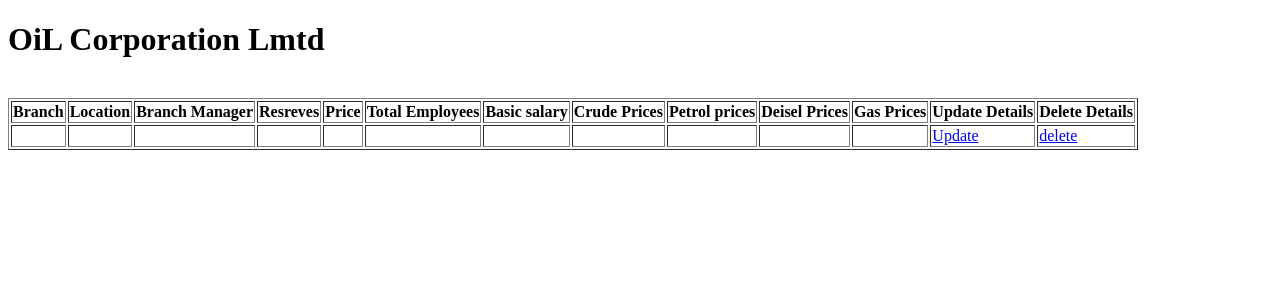
Repository: veerrajuMareddi/demo
Page: http://localhost/OilCorporation/views/single.jsp
These files come from the project's save history. The page is drawn as it stood at one moment and after the next save; the edit follows.
The browser window is 1280 px wide. The pictures show the whole page.
The page is served by Tomcat 9. Other server files are loaded and not shown. The template is opened directly, without the code that normally fills it, so the values that code supplies are empty.

Above is the page before, as saved 2022-04-29 06:15:31.

### OilCorporation/src/main/webapp/views/single.jsp

<%@ page language="java" contentType="text/html; charset=ISO-8859-1"
pageEncoding="ISO-8859-1"%>
<%@ taglib uri="http://www.springframework.org/tags/form" prefix="form"%>
<%@taglib prefix="c" uri="http://java.sun.com/jsp/jstl/core"%>
<!DOCTYPE html>
<html>
<head>

<title>details</title>
</head>
<body>

<h1>OiL Corporation Lmtd</h1>
<br>
<table border="1">
<tr>
<th>Branch</th>
<th>Location</th>
<th>Branch Manager</th>
<th>Resreves</th>
<th>Price</th>
<th>Total Employees</th>
<th>Basic salary</th>
<th>Crude Prices</th>
<th>Petrol prices</th>
<th>Deisel Prices</th>

<th>Gas Prices</th>
<th>Update Details </th>
<th>Delete Details</th>
</tr>

<tr>


<c:url var="deleteLink" value="/src/deleteById">
								<c:param name="Id" value="${add.branch}" />
							</c:url>

<c:url var="updateLink" value="/src/update">
								<c:param name="Id" value="${add.branch}" />
							</c:url>
<center>
<td>${add.branch}</td>
<td>${add.location}</td>
<td>${add.branchManager}</td>
<td>${add.oilReserves}</td>
<td>${add.barrelPrice}</td>
<td>${add.emp.toatalEmployees}</td>
<td>${add.emp.salary}</td>
<td>${add.prices.crudePrice}</td>
<td>${add.prices.petrolPrice}</td>
<td>${add.prices.dieselPrice}</td>
<td>${add.prices.gasPrice}</td>


<td><a href="${updateLink}" >Update</a></td>
<td><a href="${deleteLink}" >delete</a></td>
</center>
</tr>

</table>
</body>
</html>

After the next save:
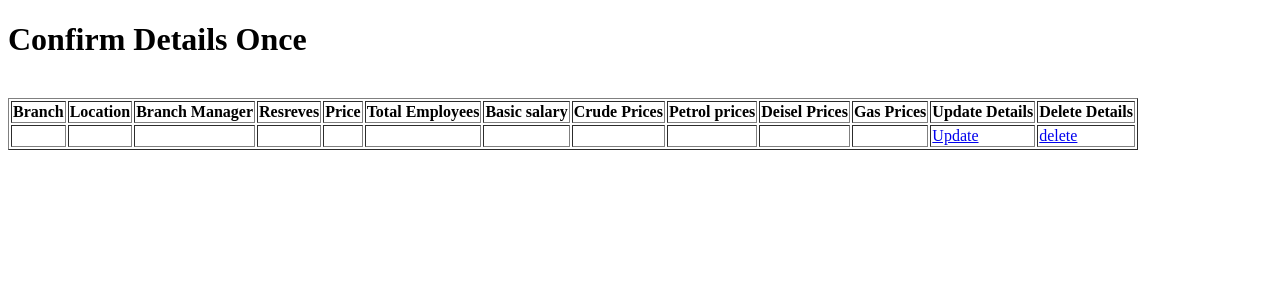
Saved 65 s later.
--- a/OilCorporation/src/main/webapp/views/single.jsp
+++ b/OilCorporation/src/main/webapp/views/single.jsp
@@ -11,7 +11,7 @@ pageEncoding="ISO-8859-1"%>
 </head>
 <body>
 
-<h1>OiL Corporation Lmtd</h1>
+<h1>Confirm Details Once</h1>
 <br>
 <table border="1">
 <tr>
